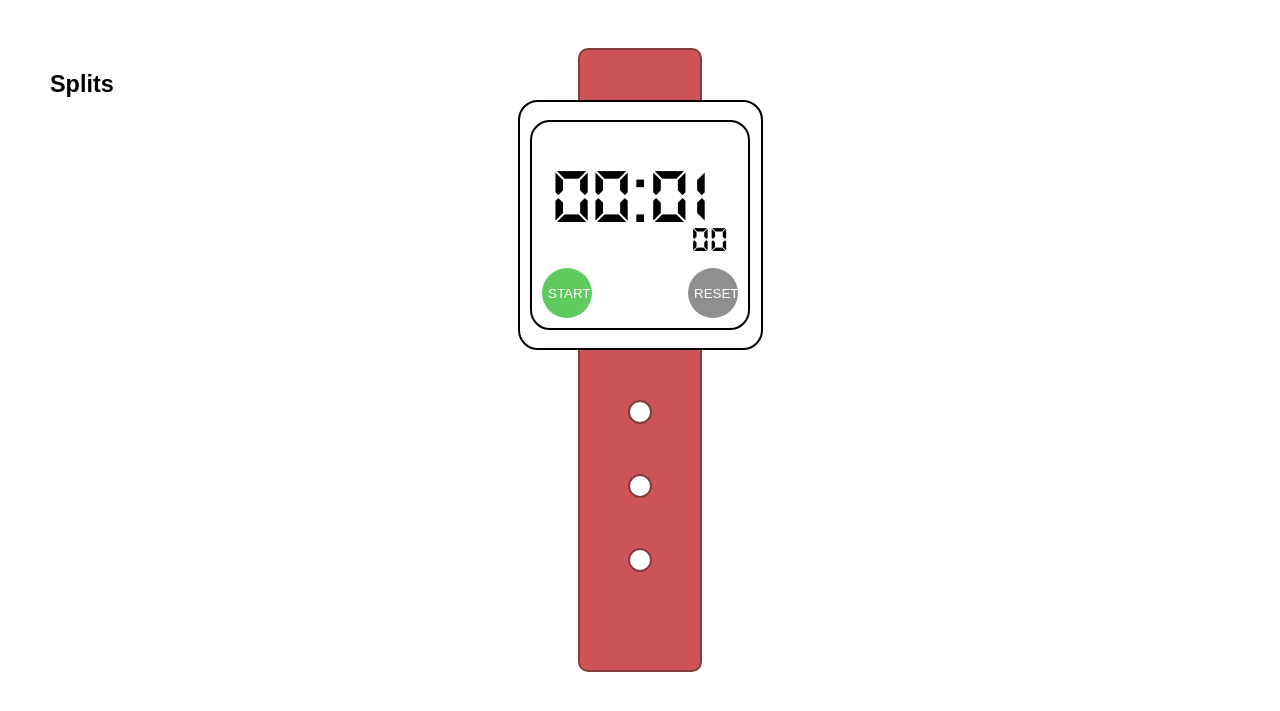
Repository: konstantin0s/lab-chronometer
Page: index.html
These files come from the project's save history. The page is drawn as it stood at one moment and after the next save; the edit follows.
The browser window is 1280 px wide. The pictures show the whole page.
After loading, the first visible `#btnLeft` was clicked once.

Above is the page before, as saved 2019-02-04 20:12:32.

### index.html
<!DOCTYPE html>
<html lang="en">
<head>
  <meta charset="UTF-8">
  <meta name="viewport" content="width=device-width, initial-scale=1.0">
  <meta http-equiv="X-UA-Compatible" content="ie=edge">
  <title>Chronometer</title>
  <link rel="stylesheet" href="stylesheets/styles.css">
</head>
<body>

  <section id="splits-container">
    <h3>Splits</h3>
    <ol id="splits">
    </ol>
  </section>

  <div class="leash leash-top"></div>

  <section id="clock">
    <div id="sphere">
      <span id="minDec" class="number">0</span><span id="minUni" class="number">0</span><span>:</span><span id="secDec" class="number">0</span><span id="secUni" class="number"></span>

      <div id="milliseconds">
        <span id="milDec">0</span><span id="milUni">0</span>
      </div>

      <button id="btnLeft" class="btn start">START</button> <button id="btnRight" class="btn reset">RESET</button>
    </div>
  </section>

  <div class="leash leash-bottom">
    <div class="hole"></div>
    <div class="hole"></div>
    <div class="hole"></div>
  </div>


  <!-- <script src="javascripts/utils.js"></script>
  <script src="javascripts/chronometer.js"></script>
  <script src="javascripts/main.js"></script> -->
  <script src="javascript/chronometer.js"></script>
  <script src="javascript/main.js"></script>
</body>
</html>

### stylesheets/styles.css
@font-face {
  font-family: "Digi";
  src: url("fonts/ds-digib.ttf");
}

body {
  font-family: Arial;
  font-size: 80px;
  font-weight: bold;
  padding: 40px 0;
}

#clock {
  border: 2px solid #000;
  border-radius: 20px;
  box-sizing: border-box;
  height: 250px;
  margin: 0 auto;
  padding: 18px 0;
  width: 245px;
}

#sphere {
  border: 2px solid #000;
  border-radius: 20px;
  box-sizing: border-box;
  font-family: "Digi";
  font-size: 80px;
  height: 210px;
  margin: 0 auto;
  padding: 35px 0;
  position: relative;
  text-align: center;
  width: 220px;
}

#splits-container {
  font-size: 20px;
  font-weight: 100;
  position: absolute;
  left: 50px;
}

#splits-container li {
  padding-bottom: 5px;
  text-align: right;
}

#milliseconds {
  font-size: 36px;
  margin-top: -15px;
  position: absolute;
  right: 20px;
}

.leash {
  background: rgb(204, 84, 87);
  border: 2px solid rgb(134, 59, 61);
  height: 50px;
  margin: 0 auto;
  width: 120px;
}

.leash-top {
  border-bottom: 0;
  border-top-left-radius: 10px;
  border-top-right-radius: 10px;
}

.leash-bottom {
  border-bottom-left-radius: 10px;
  border-bottom-right-radius: 10px;
  border-top: 0;
  height: 270px;
  padding-top: 50px;
}

.hole {
  background: #fff;
  border: 2px solid rgb(134, 59, 61);
  border-radius: 100%;
  height: 20px;
  margin: 0 auto 50px;
  width: 20px;
}

.number {
  display: inline-block;
  width: 40px;
}

.btn {
  border: 0;
  border-radius: 100%;
  bottom: 10px;
  color: #fff;
  cursor: pointer;
  height: 50px;
  outline: 0;
  position: absolute;
  width: 50px;
}

.btn.start,
.btn.stop {
  left: 10px;
}

.btn.reset,
.btn.split {
  right: 10px;
}

.btn.start { background: #5fca5f; }
.btn.stop  { background: #f14949; }
.btn.reset { background: #908e8e; }
.btn.split { background: #0851ab; }

### javascript/chronometer.js

// var time = 0;
// var running = 0;

// function startPause() {
//   if (running == 0) {
//     running = 1;
//     increment();
//     document.getElementById("startPause").innerHTML = "Pause";
//   } else {
//     running = 0;
//     document.getElementById("startPause").innerHTML = "Resume";
//   }
// }

// function reset() {
//   running = 0;
//   time = 0;
//   document.getElementById("startPause").innerHTML = "Start";
// }

// function increment() {
//   if (running == 1) {
//    setTimeout(function() {
//     time++;
//     var seconds = Math.floor(time/10/60);
//     var minutes = Math.floor(time/10/60);
//      var tenth = time % 10;
//      if (minutes < 10); {
//        minutes = "0" + minutes;
//      }  if (seconds < 10);
//     seconds = "0" + seconds;
//     increment();
//   document.getElementById("output").innerHTML = minutes + ":" + seconds + ":" + "0" + tenth;

//    }, 100);
//   }
//   }

// function startPause() {
//   if (running == 0) {
//     running = 1;
//     increment();
//     document.getElementById("startPause").innerHTML = "Pause";
//   } else {
//     running = 0;
//     document.getElementById("startPause").innerHTML = "Resume";
//   }
// }


// function timer() {
//   currentTime = setTimeout(start, 1000);
// }
// timer();

// function start() {
//   seconds++;
//   if (seconds >= 60) {
//     seconds = 0;
//     minutes++;
//     if (minutes >= 20) {
//         minutes = 0;
//     }
//   }
// }


// // Constructor
// function Chronometer() {

// this.currentTime = 0;
// this.intervalId = currentTime;

// }

// // The setInterval will be assigned to our intervalId property,
// //  this way we will be able to clear it later on.

// Chronometer.prototype.startClick = function () {
//     // this.startClick = function() {
//     // var seconds = 0;
//     currentTime = setInterval(function(){
//     currentTime++; }, 1000);

//     //  }

//     // console.log(seconds);
// };

// Chronometer.prototype.setMinutes = function () {

// };

// Chronometer.prototype.setSeconds = function () {

// };

// Chronometer.prototype.twoDigitsNumber = function () {

// };

// Chronometer.prototype.setTime = function () {

// };

// Chronometer.prototype.setMilliseconds = function () {

// };

// Chronometer.prototype.stopClick = function () {

// };

// Chronometer.prototype.resetClick = function () {

// };

// Chronometer.prototype.splitClick = function () {

// };

### javascript/main.js
// // var chronometer = new Chronometer();
var btnLeft     = document.getElementById('btnLeft');
var btnRight    = document.getElementById('btnRight');
// var minDec      = document.getElementById('minDec');
// var minUni      = document.getElementById('minUni');
var secDec      = document.getElementById('secDec');
// var secUni      = document.getElementById('secUni');
// var milDec      = document.getElementById('milDec');
// var milUni      = document.getElementById('milUni');

var currentTime = 0;
var intervalId = -1;
var minutes = Math.floor((minutes % (1000 * 60 * 60)) / (1000 * 60));
var seconds = Math.floor((seconds % (1000 * 60)) / 1000);


// function startPause() {
//   if (running == 0) {
//     running = 1;
//     increment();
//     document.getElementById("startPause").innerHTML = "Pause";
//   } else {
//     running = 0;
//     document.getElementById("startPause").innerHTML = "Resume";
//   }
// }



btnLeft.addEventListener("click", function(event) {
  if (intervalId == -1) { //start if pause
    intervalId = setInterval(function() {
      currentTime++;
      secDec.innerHTML = "0" +currentTime;
      if (currentTime >= 60) {
        clearInterval(intervalId);
        secDec.innerHTML = currentTime;
      } if (currentTime >= 60) {
        minDec.innerHTML = clearInterval(intervalId);
      }
      console.log(currentTime);
      btnLeft.innerHTML = "START";
    }, 1000);
  } else { //pause if started
      clearInterval(intervalId);
      intervalId = -1;
      btnLeft.innerHTML = "PAUSE";
  }

});

function reset() {
  clearInterval(intervalId);
  btnLeft.innerHTML = "START";
}

btnRight.addEventListener("click", function() {
  // clearInterval(intervalId);
   reset();
})



// function printTime() {

// }

// function printMinutes() {

// }

// function printSeconds() {

// }

// function printMilliseconds() {

// }

// function printSplit() {

// }

// function clearSplits() {

// }

// function setStopBtn() {

// }

// function setSplitBtn() {

// }

// function setStartBtn() {

// }

// function setResetBtn() {

// }

// // Start/Stop Button
// btnLeft.addEventListener('click', function () {

// });

// // Reset/Split Button
// btnRight.addEventListener('click', function () {

// });

After the next save:
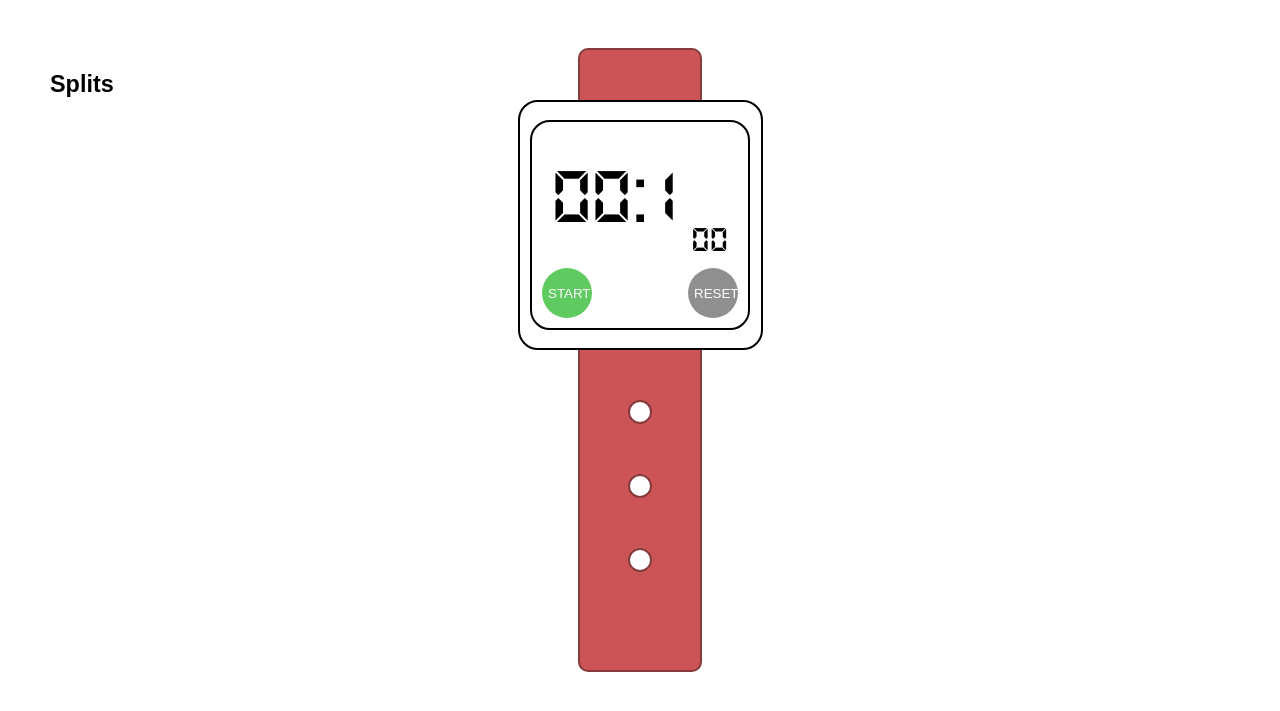
Saved 2 min 7 s later.
--- a/javascript/main.js
+++ b/javascript/main.js
@@ -31,10 +31,10 @@ btnLeft.addEventListener("click", function(event) {
   if (intervalId == -1) { //start if pause
     intervalId = setInterval(function() {
       currentTime++;
-      secDec.innerHTML = "0" +currentTime;
+      secDec.innerHTML = currentTime;
       if (currentTime >= 60) {
         clearInterval(intervalId);
-        secDec.innerHTML = currentTime;
+        currentTime++;
       } if (currentTime >= 60) {
         minDec.innerHTML = clearInterval(intervalId);
       }
